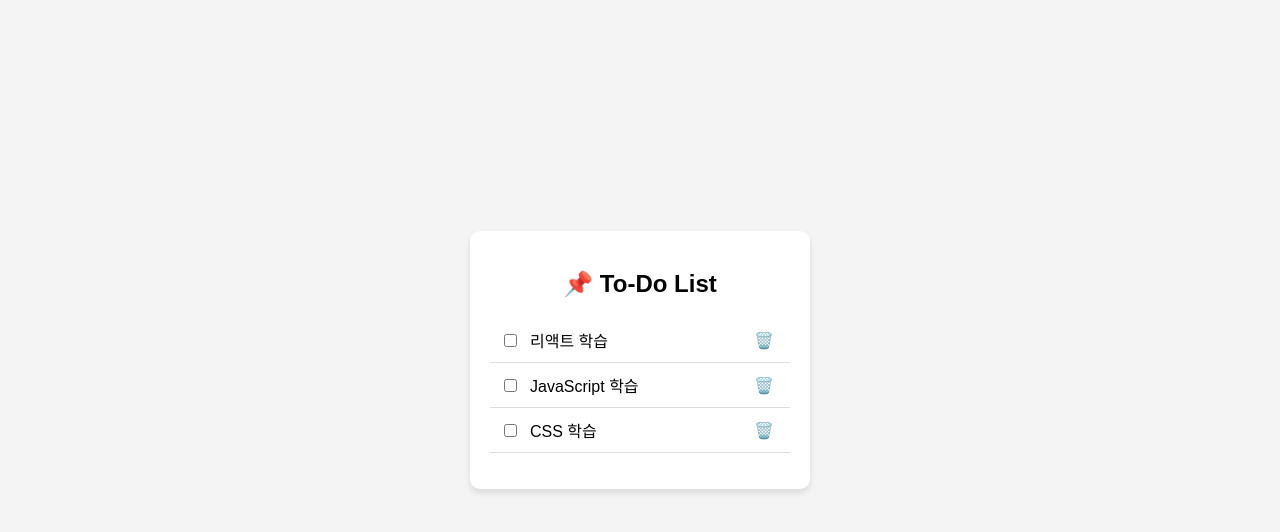
Repository: jongheonleee/todo-list
Page: /
The author's editor kept a copy of each file at every save. The page is drawn from the files as they stood at one save, then again after the next save.
The browser window is 1280 px wide. The pictures show the whole page.
The project was rebuilt for these pictures with package versions that can differ from the ones it lists, and the page was loaded fresh each time. Also part of the build but not shown: src/components/InputForm.css, src/components/ToDoItem.css, src/components/ToDoItem.js.

Above is the page before, as saved 2025-02-18 15:07:41.

After the next save:
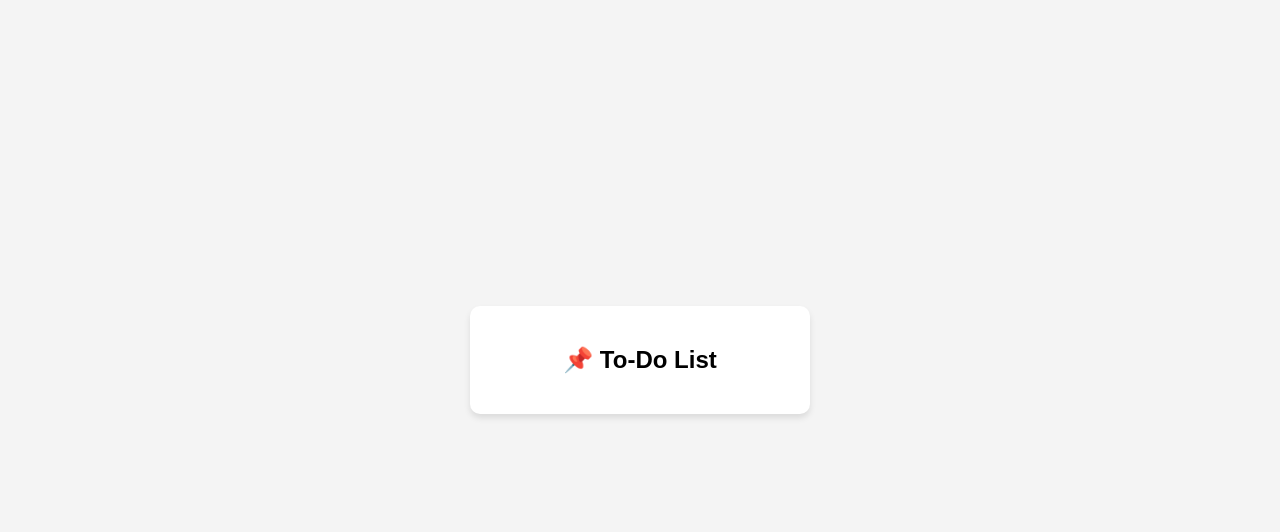
Saved 10 s later.
--- a/src/App.js
+++ b/src/App.js
@@ -42,7 +42,7 @@
         <InputForm />
 
         {/* todo-list 부분 */}
-        <ul className="todo-list">
+        {/* <ul className="todo-list">
           <li>
             <div className="todo-item">
               <input type="checkbox" />
@@ -64,7 +64,7 @@
             </div>
             <button className="delete-btn">🗑️</button>
           </li>
-        </ul>
+        </ul> */}
 
         {/* <ToDoList /> */}
 

After the save that followed:
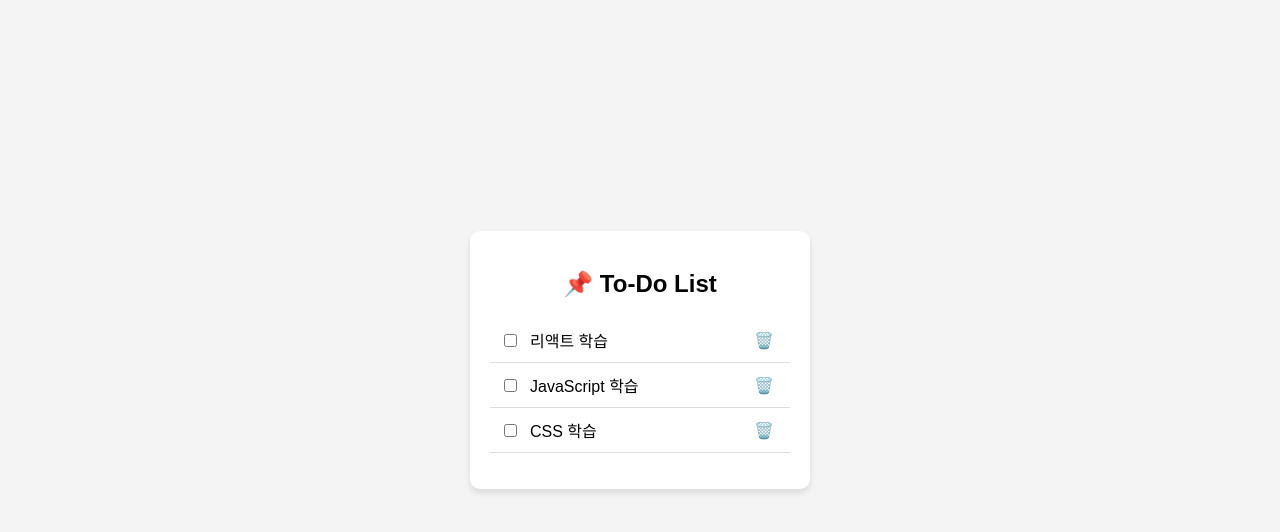
Saved 9 s later.
--- a/src/App.js
+++ b/src/App.js
@@ -66,7 +66,7 @@
           </li>
         </ul> */}
 
-        {/* <ToDoList /> */}
+        <ToDoList />
 
       </div>
     </div>
